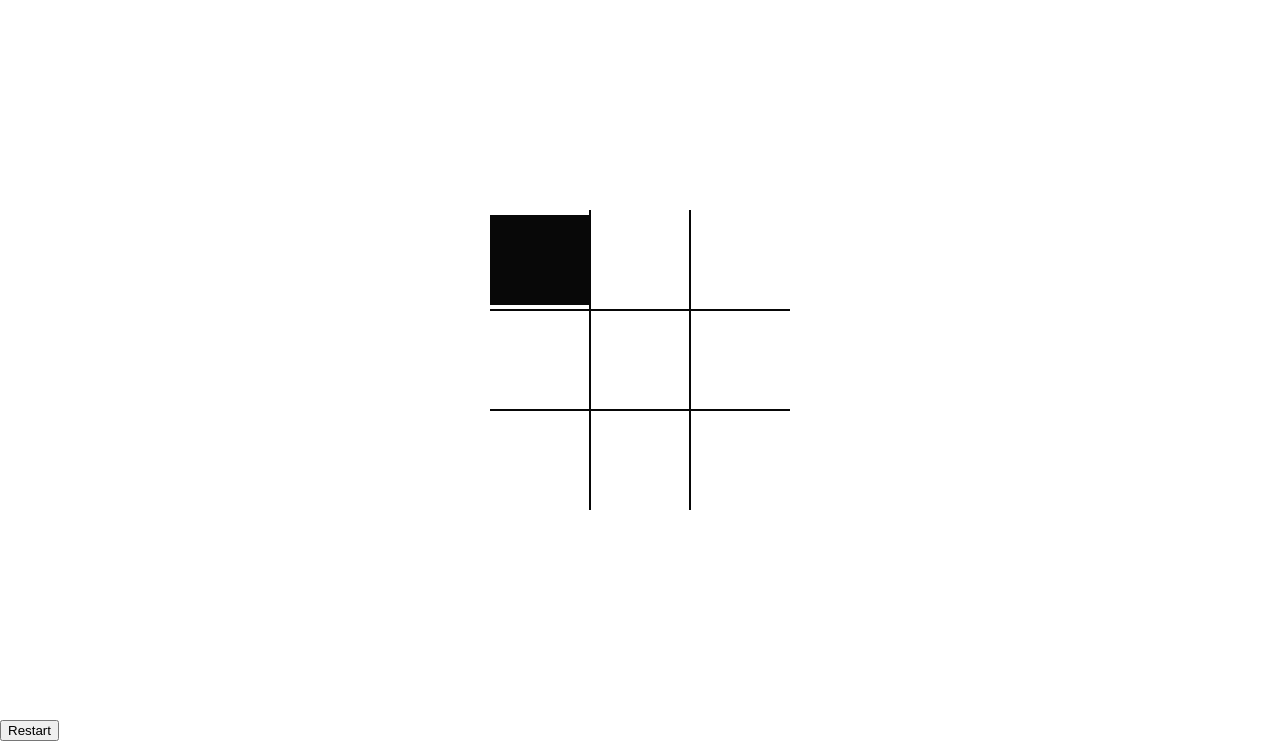
Repository: kkyler24/MCLA
Page: devFiles/TictactoeFiles/ticTacToe.html
These files come from the project's save history. The page is drawn as it stood at one moment and after the next save; the edit follows.
The browser window is 1280 px wide. The pictures show the whole page.

Above is the page before, as saved 2020-04-17 13:10:01.

After the next save:
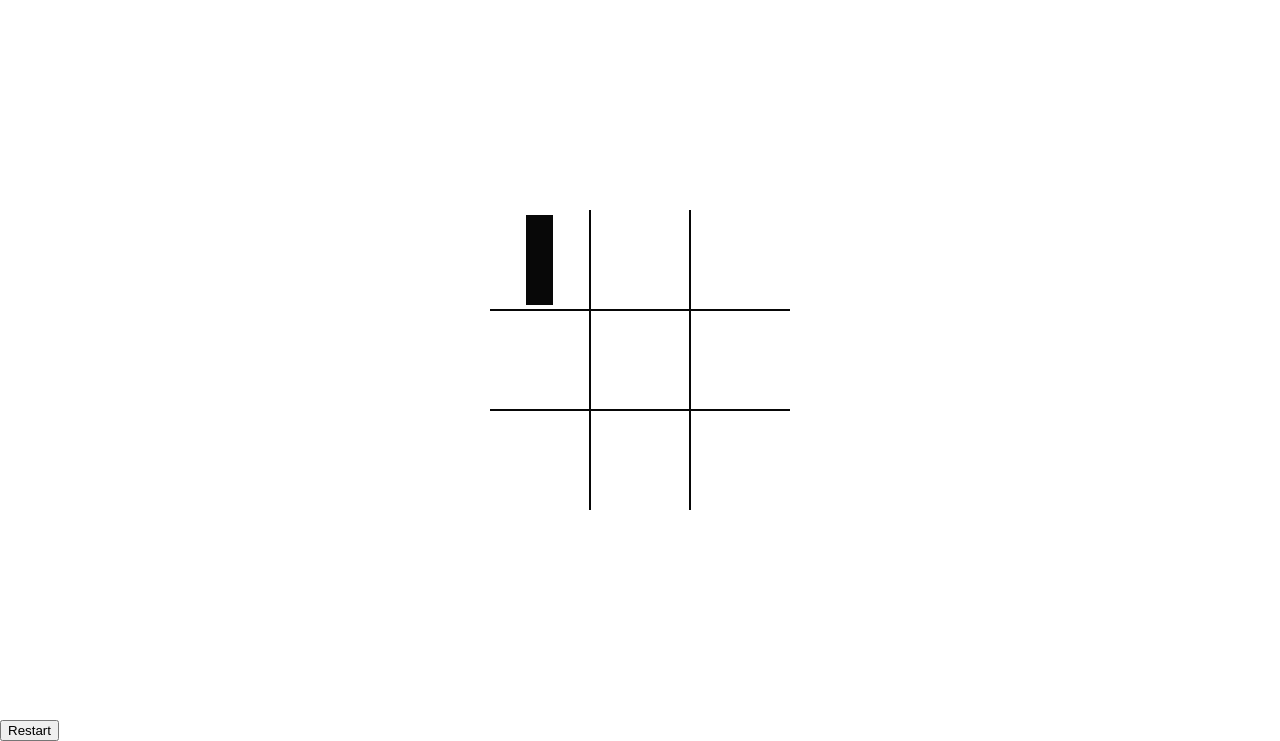
Saved 76 s later.
--- a/devFiles/TictactoeFiles/tictactoe.css
+++ b/devFiles/TictactoeFiles/tictactoe.css
@@ -53,7 +53,7 @@ body{
 .cellBOne.x::before,
 .cellBOne.x::after{
     content: "";
-    width: calc(var(--mark-size)*15);
+    width: calc(var(--mark-size)*.15);
     height: var(--mark-size);
     background-color: rgb(8, 8, 8);
 
